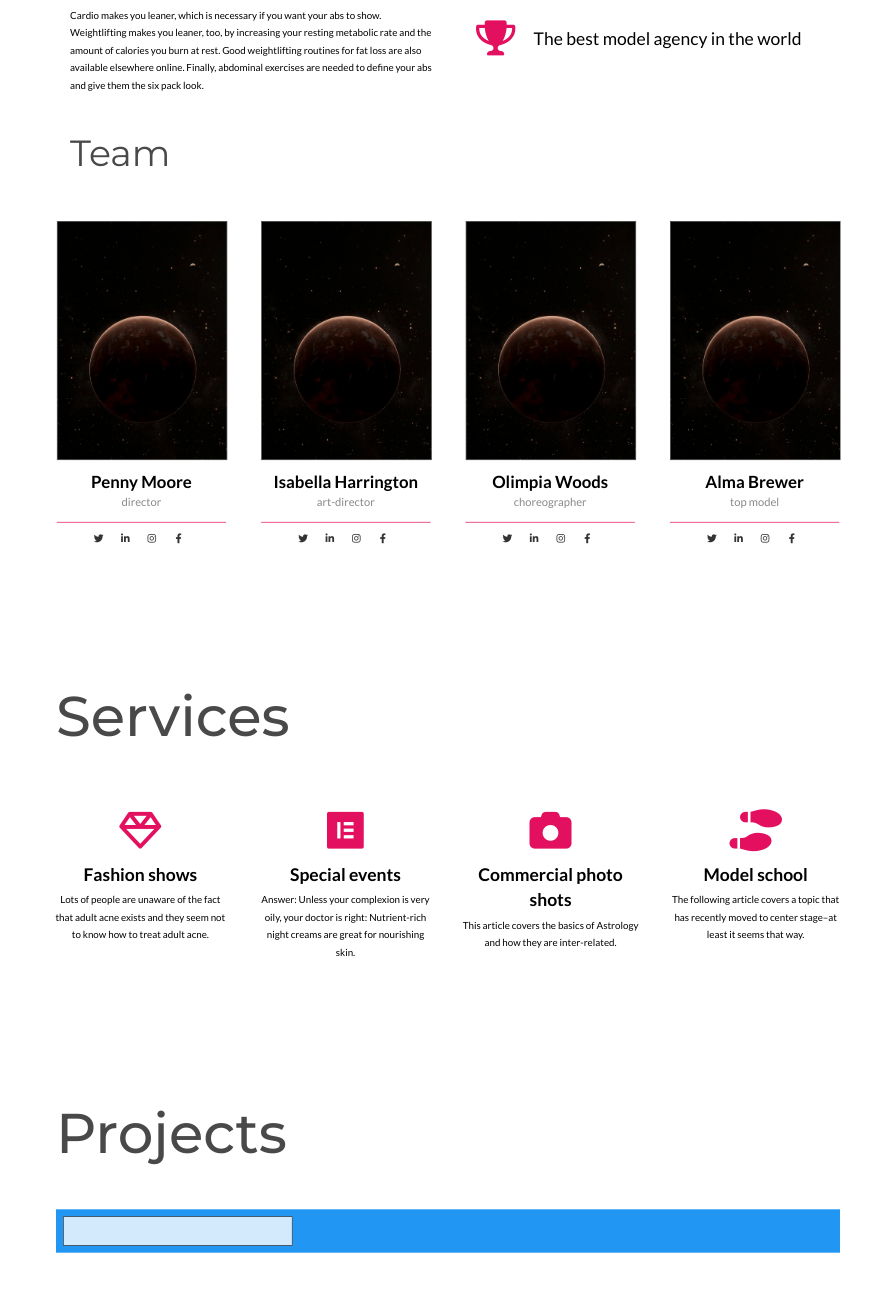
Repository: soniaarefin/cosmo
Page: index.html
An editor plug-in stored every save of this project. The page is shown before and after the next save, followed by the edit.
The browser window is 1280 px wide. The pictures show the part of the page from y = 1111 to 3031 px (the page is 2991 px tall before and 3031 px after), at 70% of full size.

Above is the page before, as saved 2021-11-09 22:25:07.

After the next save:
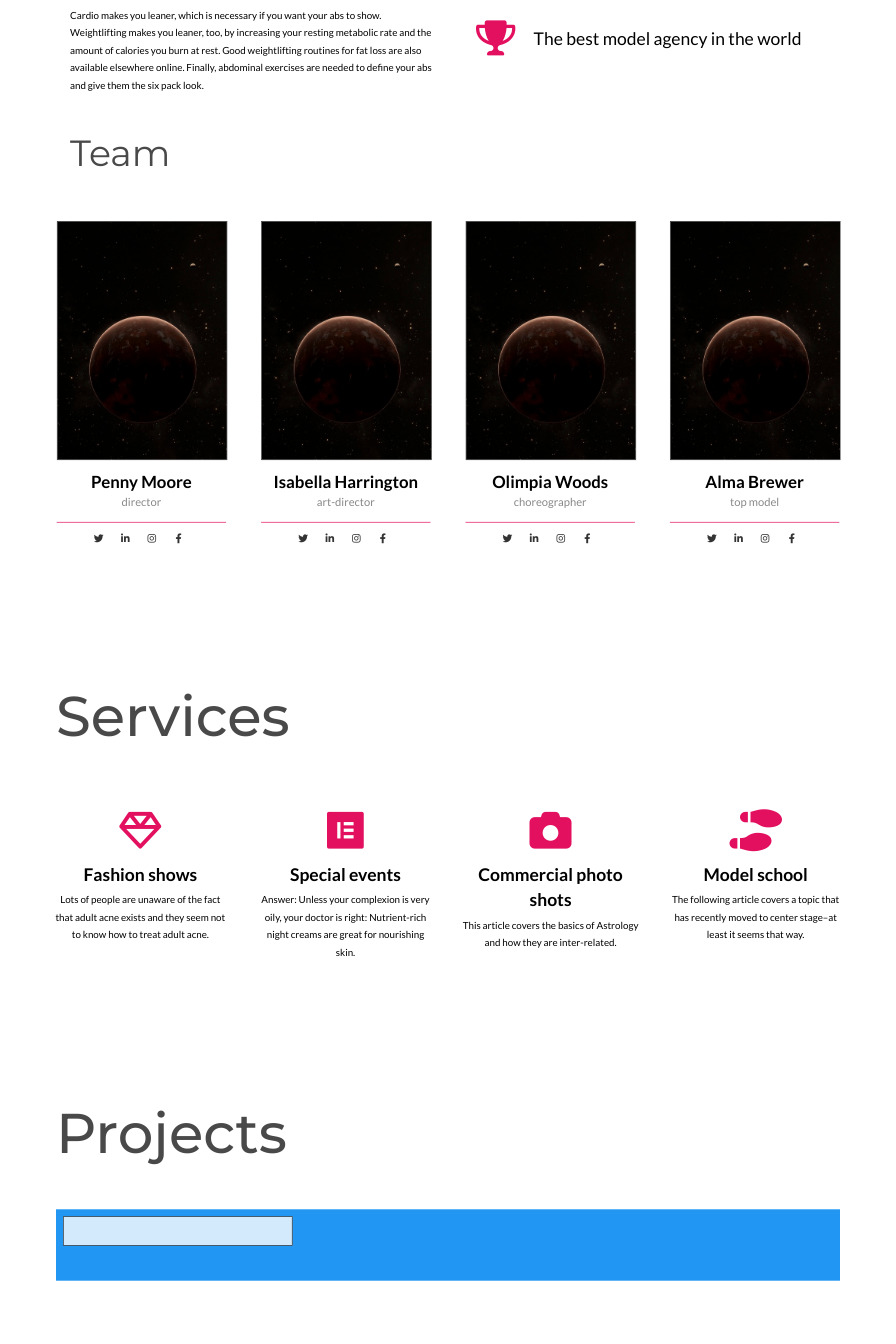
Saved 5 s later.
--- a/assets/css/style.css
+++ b/assets/css/style.css
@@ -428,5 +428,5 @@ section{
     padding: 20px;
     font-size: 30px;
     text-align: center;
-    mar
-}
+    margin-bottom: 40px;
+}
